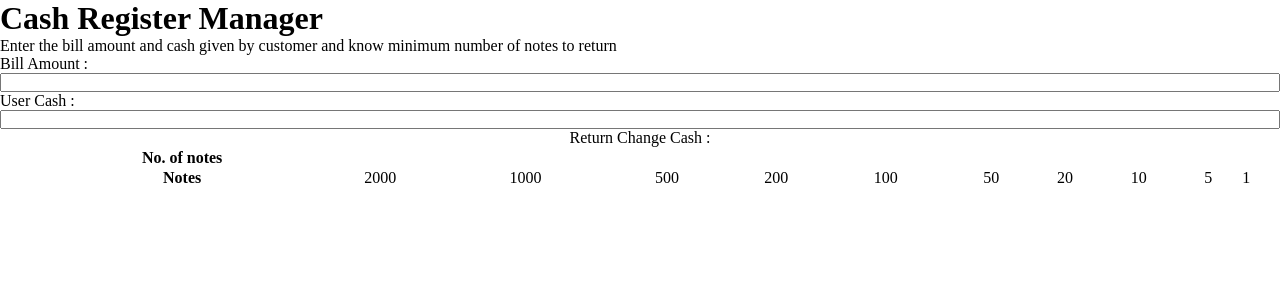
Repository: patelamancode/Cash-register-manager-app
Page: index.html
The author's editor kept a copy of each file at every save. The page is drawn from the files as they stood at one save, then again after the next save.
The browser window is 1280 px wide. The pictures show the whole page.

Above is the page before, as saved 2022-11-16 16:12:42.

After the next save:
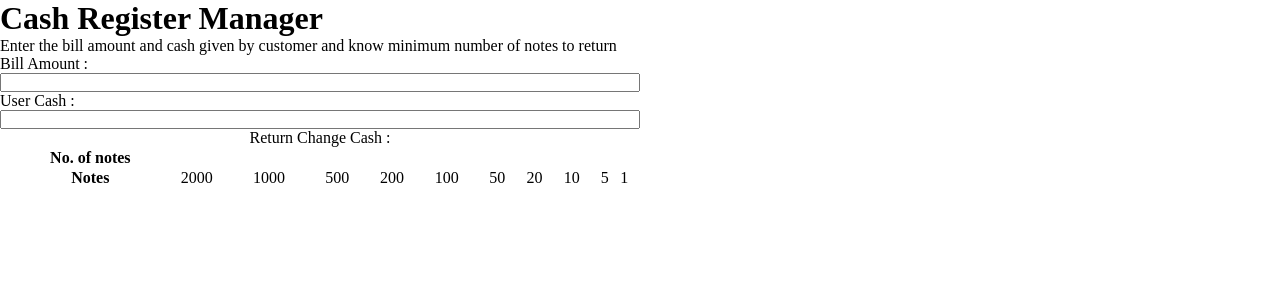
Saved 9 s later.
--- a/index.css
+++ b/index.css
@@ -6,5 +6,5 @@
 #main-container{
     display: flex;
     flex-direction: column;
-    width: ;
+    width: 50%;
 }
